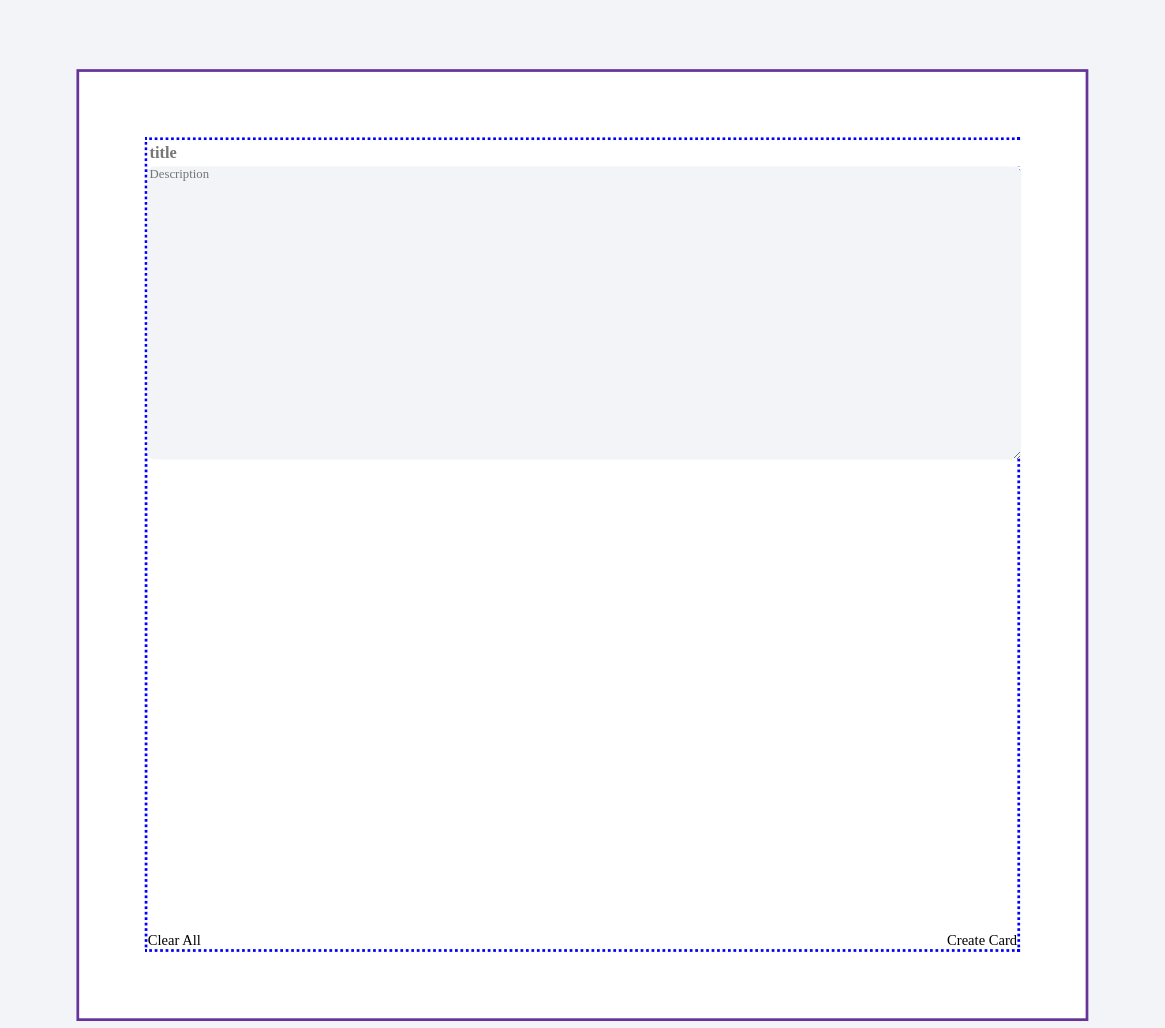
Repository: ReyhanehRahmani/TO-DO
Page: index.html
These files come from the project's save history. The page is drawn as it stood at one moment and after the next save; the edit follows.
The browser window is 1280 px wide. The pictures show the whole page, at 91% of full size.

Above is the page before, as saved 2025-06-07 22:29:21.

After the next save:
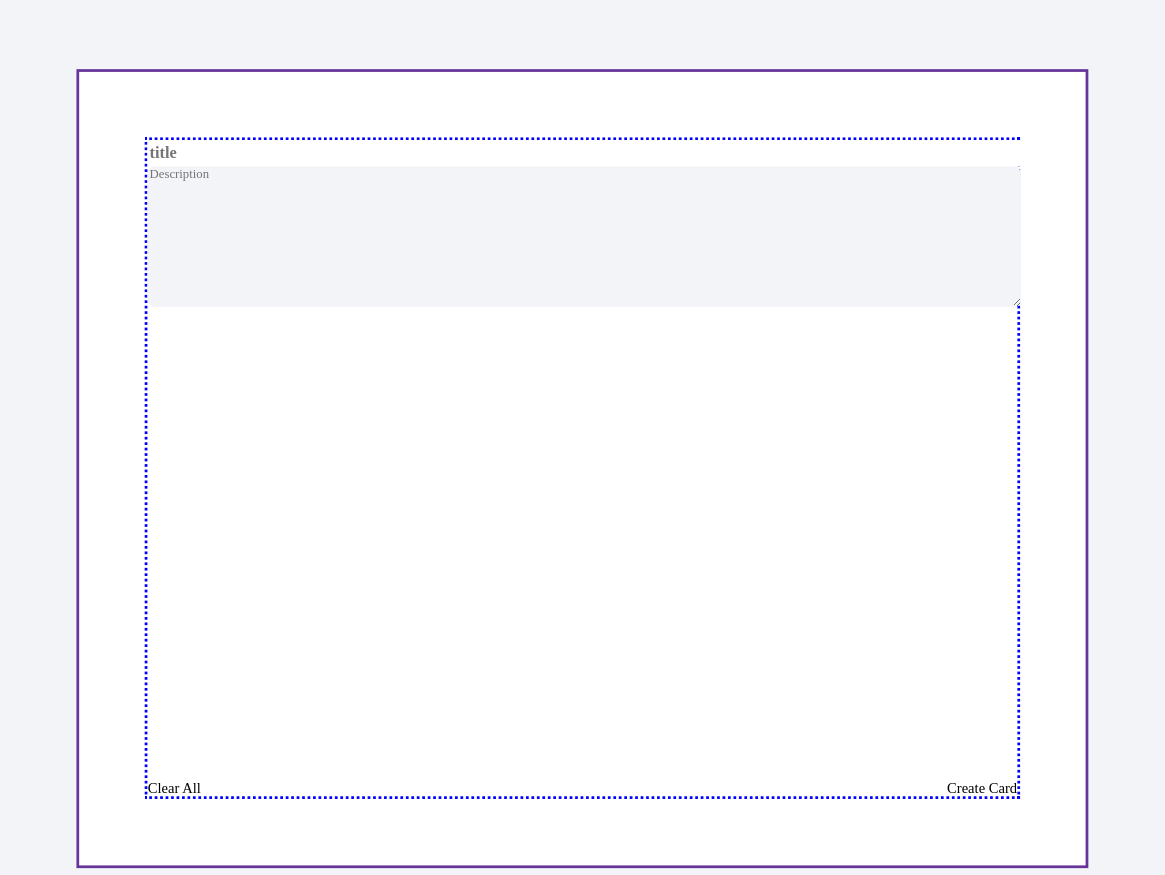
Saved 13 s later.
--- a/style.css
+++ b/style.css
@@ -38,7 +38,7 @@ body{
     font-size: 14px;
     line-height: 100%;
     letter-spacing: -3%;
-    height: 318px;
+    height: 150px;
     border-radius: 8px;
     background: #F2F4F7;
 
